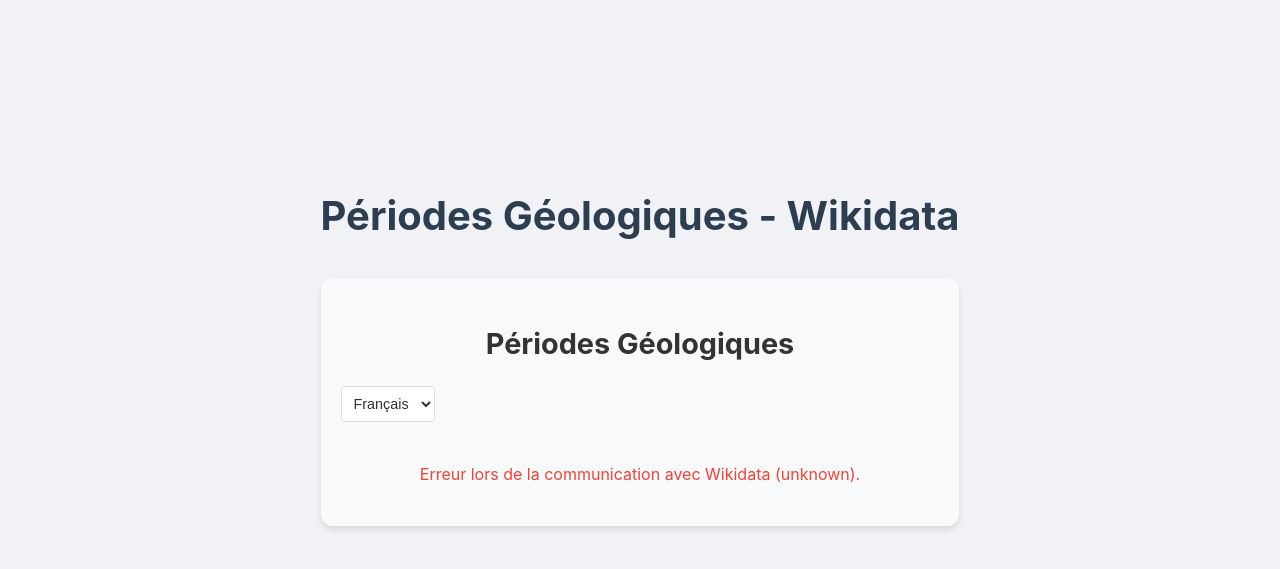
Repository: flobutbut/api_Wikidata
Page: /
An editor plug-in stored every save of this project. The page is shown before and after the next save, followed by the edit.
The browser window is 1280 px wide. The pictures show the whole page.
The page's requests for data from a server got no answer. The project was rebuilt for these pictures with package versions that can differ from the ones it lists, and the page was loaded fresh each time. No one was signed in, and anything a server would have sent is missing. Also part of the build but not shown: vite.config.ts, src/components/GeologicalPeriodCard.vue, src/components/BackButton.vue.

Above is the page before, as saved 2025-03-27 02:07:11.

After the next save:
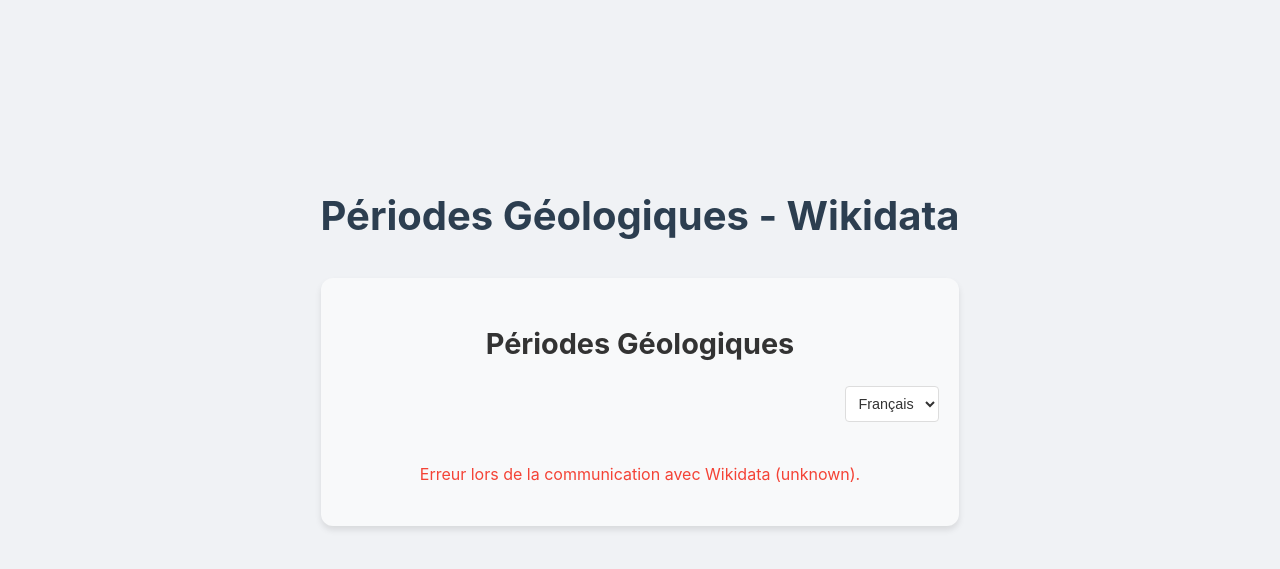
Saved 80 s later.
--- a/src/components/GeologicalPeriods.vue
+++ b/src/components/GeologicalPeriods.vue
@@ -3,14 +3,18 @@
     <h2 class="title">Périodes Géologiques</h2>
 
     <div class="controls">
-      <LanguageSelector
-        v-model="selectedLanguage"
-        @update:modelValue="fetchPeriods"
-      />
-      <BackButton
-        v-if="currentParent"
-        @click="goBack"
-      />
+      <div class="controls-left">
+        <BackButton
+          v-if="currentParent"
+          @click="goBack"
+        />
+      </div>
+      <div class="controls-right">
+        <LanguageSelector
+          v-model="selectedLanguage"
+          @update:modelValue="fetchPeriods"
+        />
+      </div>
     </div>
 
     <div v-if="loading" class="loading">
@@ -93,9 +97,17 @@
 
 .controls {
   display: flex;
-  gap: 10px;
+  justify-content: space-between;
   margin-bottom: 20px;
   align-items: center;
+}
+
+.controls-left {
+  flex: 1;
+}
+
+.controls-right {
+  margin-left: auto;
 }
 
 .loading, .error {
